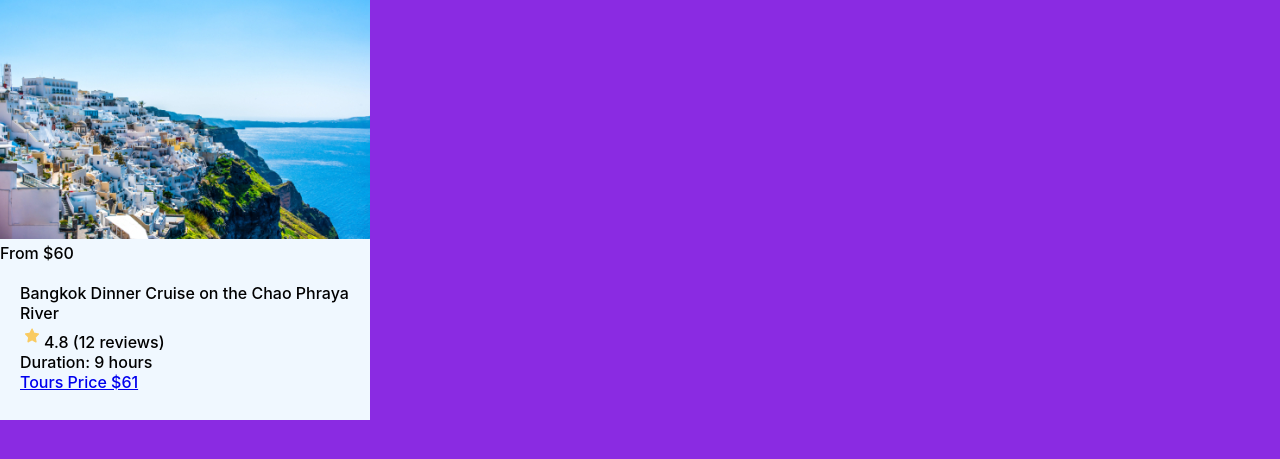
Repository: nguyentuankiet-k61/K_IT-demo
Page: index.html
These files come from the project's save history. The page is drawn as it stood at one moment and after the next save; the edit follows.
The browser window is 1280 px wide. The pictures show the whole page.
Some web fonts or font styles are not loaded; a fallback is used.

Above is the page before, as saved 2022-09-28 08:36:53.

After the next save:
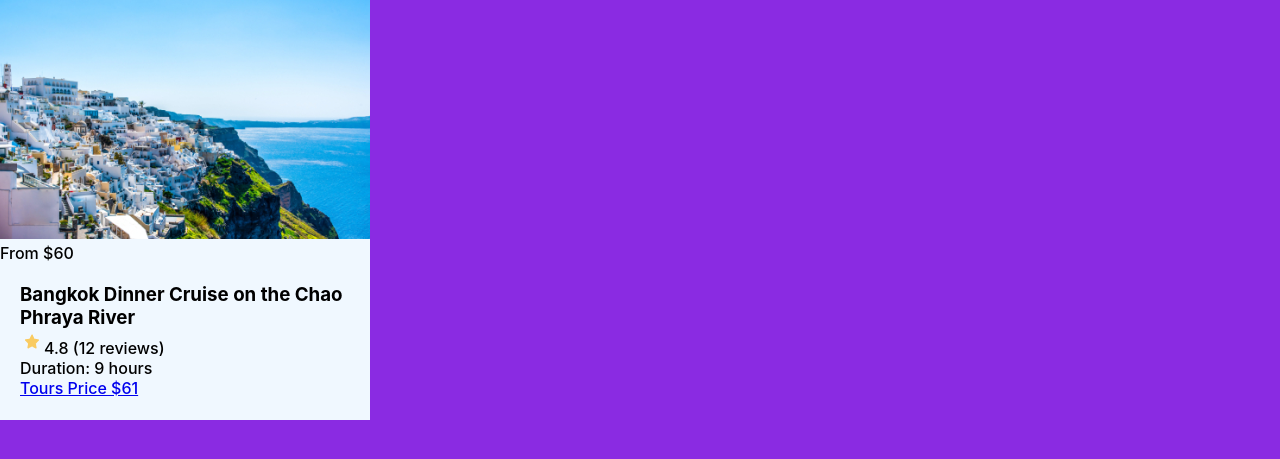
Saved 44 s later.
--- a/index.html
+++ b/index.html
@@ -56,10 +56,10 @@
         <div class="Tours_top">
             <img src="./image/img3.png" alt="this_is_image"/>From $60
              <div class="Tours_content">
-                <div class="Tours_titlle">
+                <h3 class="Tours_titlle">
                     Bangkok Dinner Cruise on the
                     Chao Phraya River
-                </div>
+                </h3>
                 <div class="Tours_ratting">
                     <div class="Tours_review_count">
                         <img src="./image/img-star.png" alt="tours-ratting"/>4.8 (12 reviews)
